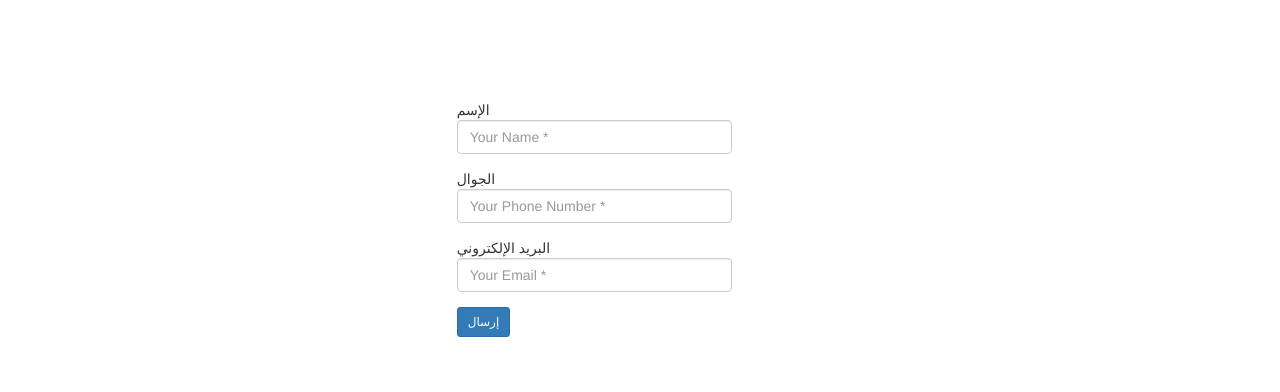
Repository: Abdaljawad-Aya/Itbeep-task
Page: http://localhost/form-user
The author's editor kept a copy of each file at every save. The page is drawn from the files as they stood at one save, then again after the next save.
The browser window is 1280 px wide. The pictures show the whole page.
The page is served by the project's Laravel application, run on PHP 8.4 with Laravel 8. Other server files are loaded and not shown.

Above is the page before, as saved 2021-03-07 17:19:48.

### singlePageApp/routes/web.php
<?php

use Illuminate\Support\Facades\Route;

/*
|--------------------------------------------------------------------------
| Web Routes
|--------------------------------------------------------------------------
|
| Here is where you can register web routes for your application. These
| routes are loaded by the RouteServiceProvider within a group which
| contains the "web" middleware group. Now create something great!
|
*/

Route::get('/', function () {
    return view('welcome');
});

Route::get('form-user', 'formController@form');
Route::post('form-user', ['as' => 'users.store', 'uses' => 'formController@formSaveData']);

### singlePageApp/app/Http/Controllers/formController.php
<?php

namespace App\Http\Controllers;

use Illuminate\Support\Facades\Mail;

use Illuminate\Http\Request;
use App\Mail\formUser;
use App\form;

class formController extends Controller
{
    /**
     * Show the application
     *
     * @return \Illuminatey\Http\Response
     */

    public function form()
    {
        return view('form-user');
    }

    /**
     * Show the application
     *
     * @return \Illuminatey\Http\Response
     */

    public function formSaveData(Request $request)

    {
        $this->validate($request, [
            'name'   => 'required',
            'email'  => 'required|email',
            'mobile' => 'required',
        ]);

        form::create($request->all());
        Mail::send(
            'form-user',
            array(
                'name'   => $request->get('name'),
                'mobile' => $request->get('mobile'),
                'email'  => $request->get('email'),
            ),
            function ($message) use ($request) {
                $message->from('abdaljawad.ayah94@gmail.com');
                $message->to($request->email, 'Admin')->subject($request->get('subject'));
            }
        );
        return back()->with('success', 'Thanks for contact us!');
    }
}

### singlePageApp/resources/views/form-user.blade.php
<!DOCTYPE html>
<html lang="en">
<head>
    <meta charset="UTF-8">
    <meta name="viewport" content="width=device-width, initial-scale=1.0">
    <meta http-equiv="X-UA-Compatible" content="ie=edge">
    <link rel="stylesheet" href="https://maxcdn.bootstrapcdn.com/bootstrap/3.4.1/css/bootstrap.min.css">

    <script src="https://ajax.googleapis.com/ajax/libs/jquery/3.5.1/jquery.min.js"></script>

    <script src="https://maxcdn.bootstrapcdn.com/bootstrap/3.4.1/js/bootstrap.min.js"></script>
    <link rel="stylesheet" href="../views/css/style.css">
    <title>Form</title>
</head>
<body>
   <div class="container contact-form col-lg-6 col-md-offset-4" style="margin-top:100px;">
     @if (session('status'))
       <div class="alert alert-success">
           {{ session('status')}}
       </div>
    @endif
    @if (session('warning'))
    <div class="alert alert-warning">
        {{session('warning')}}
    </div>
    @endif

    <form method="POST" action ="{{ route('users.store')}}">
     {{ csrf_field()}}

     <div class="col-md-6">

        {{-- NAME --}}
         <div class="form-group {{ $errors->has('name') ? ' has-error' : '' }}">
                الإسم
            <input type="text" name="name" class="form-control" placeholder="Your Name *" required/>
             @if ($errors->has('name'))
                 <span class="help-block">
                     <strong>
                         {{ $errors->first('name')}}
                     </strong>
                 </span>
             @endif
         </div>


        {{-- MOBILE --}}

        <div class="form-group" {{$errors->has('mobile') ? 'has-error' : ''}}>
            الجوال
         <input type="text" name="mobile" class="form-control" placeholder="Your Phone Number *" required/>

         @if ($errors->has('mobile'))
             <span class="help-block">
                 <strong>
                     {{ $errors->first('mobile')}}
                 </strong>
             </span>
         @endif
        </div>
         {{-- EMAIL --}}
         <div class="form-group" {{$errors->has('email') ? 'has-error' : ''}}>
            البريد الإلكتروني
          <input type="email" name="email" class="form-control" placeholder="Your Email *" required />

            @if ($errors->has('email'))
            <span class="help-block">
                <strong>
                    {{ $errors->first('email')}}
                </strong>
            </span>
            @endif
        </div>

        <div class="form-group">

            <input type="submit" name="btnSubmit" class="btn btn-primary btn-square btn-sm" value="إرسال">
        </div>
     </div>
    </form>
</div>
</body>
</html>

Loaded but not shown: singlePageApp/app/Http/Controllers/Controller.php (common file)

After the next save:
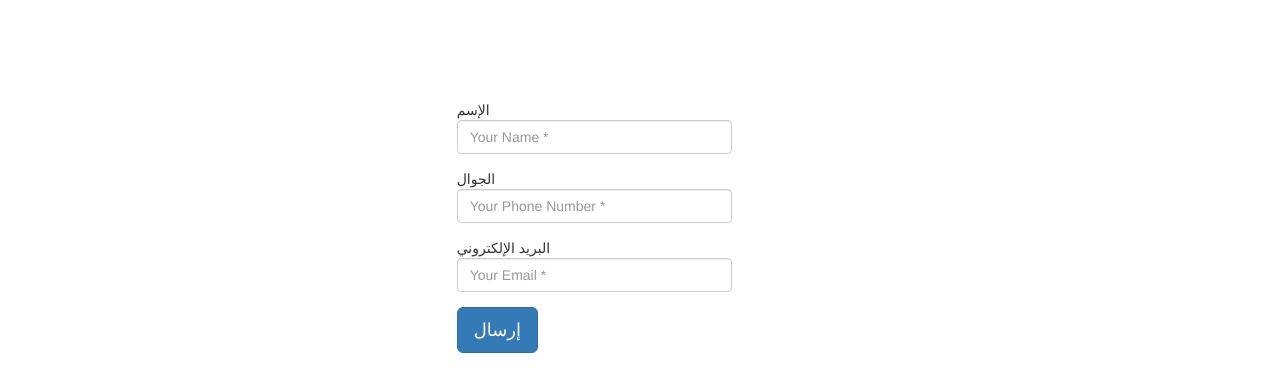
Saved 28 s later.
--- a/singlePageApp/resources/views/form-user.blade.php
+++ b/singlePageApp/resources/views/form-user.blade.php
@@ -74,7 +74,7 @@
 
         <div class="form-group">
 
-            <input type="submit" name="btnSubmit" class="btn btn-primary btn-square btn-sm" value="إرسال">
+            <input type="submit" name="btnSubmit" class="btn btn-primary btn-square btn-lg" value="إرسال">
         </div>
      </div>
     </form>

After the save that followed:
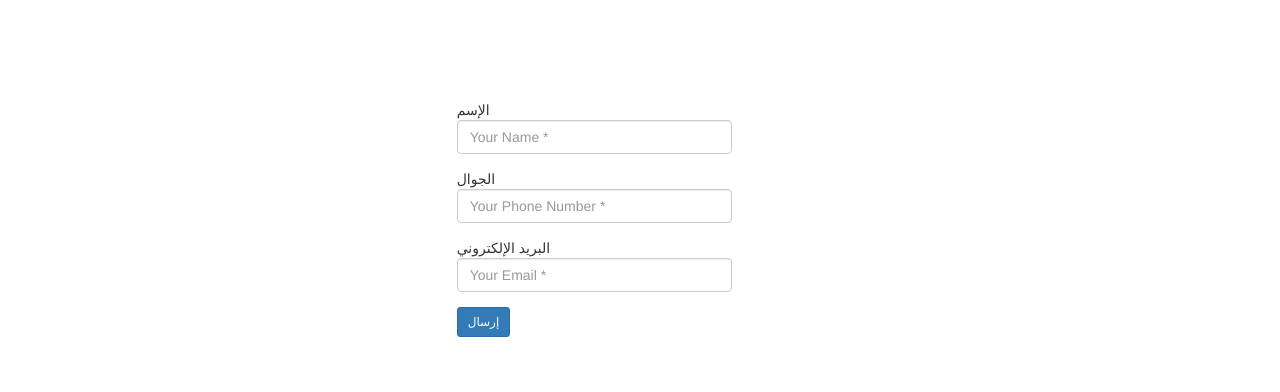
Saved 5 s later.
--- a/singlePageApp/resources/views/form-user.blade.php
+++ b/singlePageApp/resources/views/form-user.blade.php
@@ -74,7 +74,7 @@
 
         <div class="form-group">
 
-            <input type="submit" name="btnSubmit" class="btn btn-primary btn-square btn-lg" value="إرسال">
+            <input type="submit" name="btnSubmit" class="btn btn-primary btn-square btn-sm " value="إرسال">
         </div>
      </div>
     </form>
